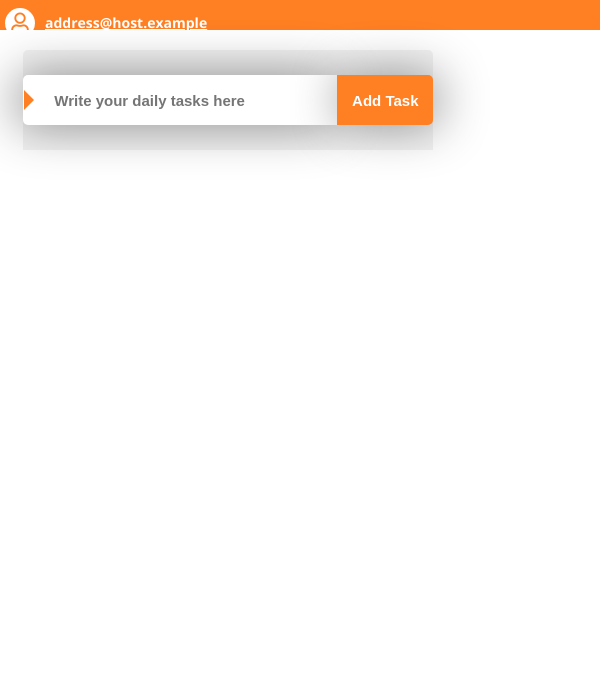
Repository: OmarEssameldinMousa/To-do-list-level01
Page: index.html
The author's editor kept a copy of each file at every save. The page is drawn from the files as they stood at one save, then again after a run of saves.
The browser window is 600 px wide. The pictures show the whole page.

Above is the page before, as saved 2023-08-08 11:32:35.

After the next 2 saves:
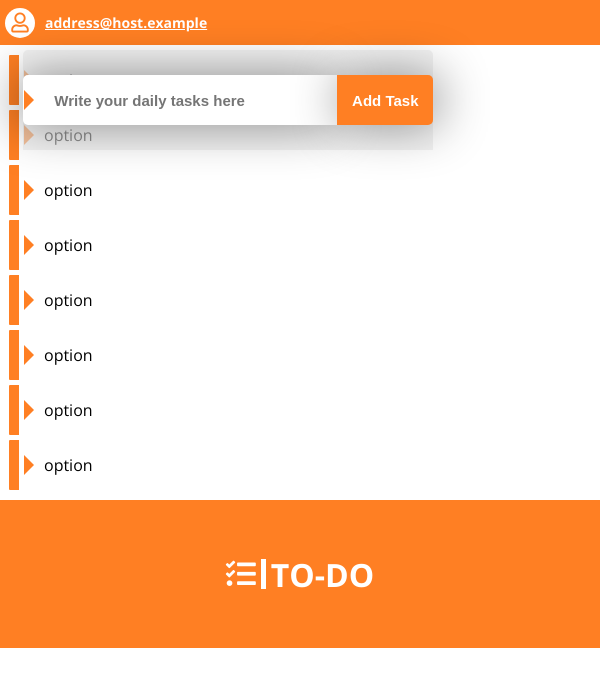
The 2 saves are shown as one change because they came seconds apart.
The last was saved 62 s later.
--- a/main.css
+++ b/main.css
@@ -364,7 +364,11 @@ li .toggle {
     .nav {
         width: 100%;
         height: 30px;
-        overflow: hidden;
+        /* overflow: hidden; */
+    }
+
+    .navigation {
+        position: absolute;
     }
 }
 
